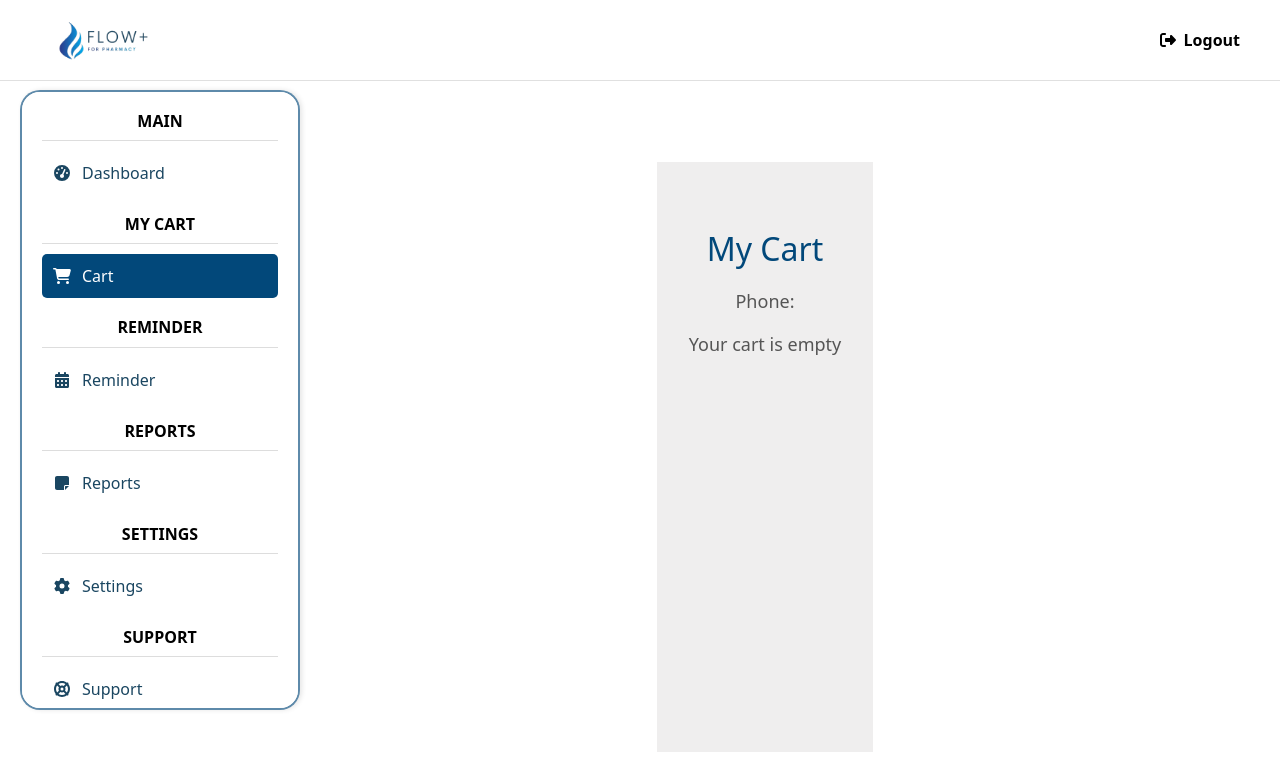
Repository: bindukabusara/Frontend
Page: /card
The author's editor kept a copy of each file at every save. The page is drawn from the files as they stood at one save, then again after the next save.
The browser window is 1280 px wide. The pictures show the whole page.
The page's requests for data from a server got no answer. The project was rebuilt for these pictures with package versions that can differ from the ones it lists, and the page was loaded fresh each time. No one was signed in, and anything a server would have sent is missing. Also part of the build but not shown: vite.config.js, src/components/Home.jsx, src/components/authentification/Signup.css, src/components/authentification/Signup.jsx, src/components/authentification/Login.jsx, src/components/Pharmacy/Sidebar/Sidebar.jsx, src/components/Pharmacy/Sidebar/Navbar.jsx, src/components/Content/Dashboard.jsx and 15 more.

Above is the page before, as saved 2025-03-31 18:20:17.

### index.html
<!doctype html>
<html lang="en">

<head>
  <meta charset="UTF-8" />
  <link rel="icon" type="image/png" href="/Logo.png" />
  <meta name="viewport" content="width=device-width, initial-scale=1.0" />
  <title> FLOW +</title>

</head>

<body>
  <div id="root"></div>
  <script type="module" src="/src/main.jsx"></script>
</body>

</html>

### src/App.css
#root {
  max-width: 1280px;
  margin: 0 auto;
  padding: 2rem;
  text-align: center;
}

.logo {
  height: 6em;
  padding: 1.5em;
  will-change: filter;
  transition: filter 300ms;
}
.logo:hover {
  filter: drop-shadow(0 0 2em #646cffaa);
}
.logo.react:hover {
  filter: drop-shadow(0 0 2em #61dafbaa);
}

@keyframes logo-spin {
  from {
    transform: rotate(0deg);
  }
  to {
    transform: rotate(360deg);
  }
}

@media (prefers-reduced-motion: no-preference) {
  a:nth-of-type(2) .logo {
    animation: logo-spin infinite 20s linear;
  }
}

.card {
  padding: 2em;
}

.read-the-docs {
  color: #ffffff;
}

### src/components/Pharmacy/Sidebar/Navbar.css
/* Navbar Styles */
.navbar {
  background-color: #fff; /* Updated navbar color */
  color: #fff; /* White text */
  padding: 5px 10px;
  box-shadow: 0 2px 5px rgba(255, 255, 255, 0.1);
  position: fixed;
  top: 0;
  left: 0;
  width: 100%;
  z-index: 100;
  display: flex;
  align-items: center;
}

.navbar-content {
  display: flex;
  align-items: center;
  width: 100%;
  max-width: 1200px;
  margin: 0 auto;
}



.navbar-logo img {
  height: 70px; /* Adjust logo size */
}

/* Logout option styling */
.navbar-actions {
  margin-left: auto; /* Push logout to the extreme right */
  display: flex;
  align-items: center;
}

.navbar-actions .logout-option {
  color: #000000;
  cursor: pointer;
  font-size: 16px;
  display: flex;
  align-items: center;
  gap: 8px; /* Space between icon and text */
  transition: opacity 0.3s ease;
}

.navbar-actions .logout-option:hover {
  opacity: 0.8; /* Slight fade on hover */
}

/* Logout icon styling */
.navbar-actions .logout-option svg {
  width: 16px;
  height: 16px;
}

/* Logout Popup Overlay */
.logout-popup-overlay {
  position: fixed;
  top: 0;
  left: 0;
  width: 100%;
  height: 100%;
  background-color: rgba(0, 0, 0, 0.5); /* Semi-transparent black overlay */
  display: flex;
  justify-content: center;
  align-items: center;
  z-index: 1001;
}

/* Logout Popup */
.logout-popup {
  background-color: #fff;
  padding: 20px;
  border-radius: 10px;
  box-shadow: 0 2px 10px rgba(0, 0, 0, 0.1);
  text-align: center;
  max-width: 300px;
  width: 100%;
}

.logout-popup h3 {
  margin-bottom: 20px;
  color: #333;
}

.popup-buttons {
  display: flex;
  justify-content: center;
  gap: 10px;
}

.popup-buttons button {
  padding: 8px 16px;
  border: none;
  border-radius: 5px;
  cursor: pointer;
  font-size: 14px;
  transition: background-color 0.3s ease;
}

.popup-buttons .confirm-button {
  background-color: #ff4d4d; /* Red button */
  color: #fff;
}

.popup-buttons .confirm-button:hover {
  background-color: #e60000; /* Darker red on hover */
}

.popup-buttons .cancel-button {
  background-color: #1D328D; /* Updated navbar color */
  color: #fff;
}

.popup-buttons .cancel-button:hover {
  background-color: #16236b; /* Darker blue on hover */
}

### src/components/Content/order.css
.all-carts-page-container {
    padding: 20px;
  }

  .main-content {
    margin-left: 250px; /* Adjust based on your sidebar width */
  }

  .medication-image {
    width: 50px;
    height: 50px;
    object-fit: cover;
    margin-right: 10px;
  }

  .table td {
    vertical-align: middle; /* Align content vertically in the middle */
  }

  .modal-body {
    padding: 20px;
  }

  .modal-footer {
    justify-content: space-between;
  }

  /* Style the time input */
  input[type="time"] {
    padding: 8px;
    border: 1px solid #ccc;
    border-radius: 4px;
    width: 100%;
  }

  /* Style the "Add Another Time" button */
  .btn-secondary {
    margin-top: 10px;
  }

  .custom-table {
    width: 100%;
    border-collapse: collapse;
    margin-top: 20px;
    box-shadow: 0 4px 8px rgba(0, 0, 0, 0.1);
    background-color: #fff;
  }

  .custom-table th,
  .custom-table td {
    padding: 12px;
    text-align: left;
    border-bottom: 1px solid #ddd;
  }

  .custom-table th {
    background-color: #02487a;
    color: #fff;
    font-weight: bold;
    text-transform: uppercase;
    font-size: 12px;
  }

  .custom-table tbody tr:hover {
    background-color: #f1f1f1;
  }

  .custom-table tbody tr:nth-child(even) {
    background-color: #f9f9f9;
  }

  /* Medication Image Styling */
  .medication-image {
    width: 30px;
    height: 30px;
    border-radius: 5px;
    object-fit: cover;
  }

  /* Button Styling */
  .btn-primary {
    background-color:#02487a;
    border-color: #02487a;
    font-size: 14px;
    padding: 8px 16px;
  }

  .btn-primary:hover {
    background-color: #02487a;;
    border-color:#02487a;;
  }

### src/components/Content/Support.css
/* Support Page Styles */
.dashboard-container {
    display: flex;
    min-height: 100vh;
  }

  .main-content {
    flex: 1;
    padding: 20px;
    margin-left: 250px; /* Adjust based on your sidebar width */
  }

  .support-header {
    background-color: #E3FDFD;
    padding: 40px 0;
    text-align: center;
    margin-bottom: 30px;
    border-radius: 10px;
  }

  .support-header h1 {
    font-size: 2.2rem;
    font-weight: bold;
    color: #333;
  }

  .support-icon {
    color: #02487a;
    margin-right: 10px;
  }

  .section-title {
    font-size: 1.8rem;
    font-weight: bold;
    color: #333;
    margin-bottom: 25px;
    text-align: center;
  }

  .quick-links {
    padding: 30px 0;
  }

  .quick-link-card {
    height: 100%;
    transition: transform 0.3s ease;
    border: none;
    border-radius: 10px;
    box-shadow: 0 4px 8px rgba(0, 0, 0, 0.1);
    margin-bottom: 20px;
  }

  .quick-link-card:hover {
    transform: translateY(-5px);
  }

  .quick-link-icon {
    font-size: 2rem;
    color: #02487a;
    margin-bottom: 15px;
  }

  .help-resources, .video-tutorials {
    padding: 30px 0;
    background-color: #ffffff;
    border-radius: 10px;
    margin-bottom: 20px;
  }

  .video-tutorials {
    background-color: #f8f9fa;
  }

  .card {
    border: none;
    border-radius: 10px;
    box-shadow: 0 4px 8px rgba(0, 0, 0, 0.1);
    transition: transform 0.3s ease;
    margin-bottom: 20px;
  }

  .card:hover {
    transform: translateY(-5px);
  }

  .ListGroup-item {
    padding: 12px;
    border-left: none;
    border-right: none;
  }

  /* Responsive adjustments */
  @media (max-width: 992px) {
    .main-content {
      margin-left: 0;
      padding-top: 70px; /* Account for navbar height */
    }

    .support-header h1 {
      font-size: 1.8rem;
    }

    .section-title {
      font-size: 1.5rem;
    }

    .quick-link-icon {
      font-size: 1.5rem;
    }
  }

### src/componentp/bar/SidebarP.jsx
import { useState, useEffect } from 'react';
import '../bar/sidebar.css';
import { NavLink } from 'react-router-dom';
import { FontAwesomeIcon } from '@fortawesome/react-fontawesome';
import {
  faTachometerAlt,
  faCog,
  faLifeRing,
  faCalendarAlt,
  faCartShopping,
  faNoteSticky,
  faBars,
  faTimes
} from '@fortawesome/free-solid-svg-icons';

function Sidebar() {
  const [isSidebarVisible, setIsSidebarVisible] = useState(false);

  const toggleSidebar = () => {
    setIsSidebarVisible(!isSidebarVisible);
  };

  useEffect(() => {
    const handleClickOutside = (event) => {
      if (isSidebarVisible && !event.target.closest('.sidebar')) {
        setIsSidebarVisible(false);
      }
    };

    document.addEventListener('mousedown', handleClickOutside);
    return () => {
      document.removeEventListener('mousedown', handleClickOutside);
    };
  }, [isSidebarVisible]);

  return (
    <>
      <button className="sidebar-toggle" onClick={toggleSidebar}>
        <FontAwesomeIcon icon={isSidebarVisible ? faTimes : faBars} />
      </button>

      <div
        className={`sidebar-overlay ${isSidebarVisible ? 'visible' : ''}`}
        onClick={toggleSidebar}
      />

      <div className={`sidebar ${isSidebarVisible ? 'visible' : ''}`}>
        <h2>Main</h2>
        <ul>
          <li>
            <NavLink
              to="/dash"
              className={({ isActive }) => (isActive ? 'active' : '')}
              onClick={() => setIsSidebarVisible(false)}
            >
              <FontAwesomeIcon icon={faTachometerAlt} /> Dashboard
            </NavLink>
          </li>
        </ul>

        <h2>My Cart</h2>
        <ul>
          <li>
            <NavLink
              to="/card"
              className={({ isActive }) => (isActive ? 'active' : '')}
              onClick={() => setIsSidebarVisible(false)}
            >
              <FontAwesomeIcon icon={faCartShopping} /> Cart
            </NavLink>
          </li>
        </ul>

        <h2>Reminder</h2>
        <ul>
          <li>
            <NavLink
              to="/reminder"
              className={({ isActive }) => (isActive ? 'active' : '')}
              onClick={() => setIsSidebarVisible(false)}
            >
              <FontAwesomeIcon icon={faCalendarAlt} /> Reminder
            </NavLink>
          </li>
        </ul>

        <h2>Reports</h2>
        <ul>
          <li>
            <NavLink
              to="/"
              className={({ isActive }) => (isActive ? 'active' : '')}
              onClick={() => setIsSidebarVisible(false)}
            >
              <FontAwesomeIcon icon={faNoteSticky} /> Reports
            </NavLink>
          </li>
        </ul>

        <h2>Settings</h2>
        <ul>
          <li>
            <NavLink
              to="/"
              className={({ isActive }) => (isActive ? 'active' : '')}
              onClick={() => setIsSidebarVisible(false)}
            >
              <FontAwesomeIcon icon={faCog} /> Settings
            </NavLink>
          </li>
        </ul>

        <h2>Support</h2>
        <ul>
          <li>
            <NavLink
              to="/support"
              className={({ isActive }) => (isActive ? 'active' : '')}
              onClick={() => setIsSidebarVisible(false)}
            >
              <FontAwesomeIcon icon={faLifeRing} /> Support
            </NavLink>
          </li>
        </ul>
      </div>
    </>
  );
}

export default Sidebar;

### src/componentp/bar/NavbarP.jsx
import React, { useState } from 'react';
import { useNavigate } from 'react-router-dom'; // Use useNavigate for redirection
import { FontAwesomeIcon } from '@fortawesome/react-fontawesome';
import { faSignOutAlt } from '@fortawesome/free-solid-svg-icons'; // Logout icon
import './Navbar.css'; // Import the CSS file
import logo from './Logo.png'; // Import the logo image

function Navbar() {
  const [showLogoutPopup, setShowLogoutPopup] = useState(false);
  const navigate = useNavigate(); // Initialize useNavigate for redirection

  const handleLogoutClick = () => {
    setShowLogoutPopup(true);
  };

  const handleConfirmLogout = () => {
    // Perform logout logic here
    console.log('User logged out');

    // Clear user session or authentication state
    localStorage.removeItem('authToken'); // Example: Remove token from localStorage
    // You can also clear other user-related data if needed

    // Redirect to the login page or home page
    navigate('/login'); // Replace '/login' with the desired route

    // Close the popup
    setShowLogoutPopup(false);
  };

  const handleCancelLogout = () => {
    setShowLogoutPopup(false);
  };

  return (
    <>
      {/* Navbar */}
      <nav className="navbar">
        <div className="navbar-content">
          {/* Logo on the left */}
          <div className="navbar-logo">
            <img src={logo} alt="Logo" /> {/* Use the imported logo */}
          </div>

          {/* Logout option with icon and text */}
          <div className="navbar-actions">
            <div className="logout-option" onClick={handleLogoutClick}>
              <FontAwesomeIcon icon={faSignOutAlt} /> <strong>Logout</strong>
            </div>
          </div>
        </div>
      </nav>

      {/* Logout Confirmation Popup */}
      {showLogoutPopup && (
        <div className="logout-popup-overlay">
          <div className="logout-popup">
            <h3>Are you sure you want to log out?</h3>
            <div className="popup-buttons">
              <button className="confirm-button" onClick={handleConfirmLogout}>
                Yes, Logout
              </button>
              <button className="cancel-button" onClick={handleCancelLogout}>
                Cancel
              </button>
            </div>
          </div>
        </div>
      )}
    </>
  );
}

export default Navbar;

### src/componentp/contents/Reminder.css
.reminder-page-container {
  display: flex;
  min-height: 100vh;
}

.main-content {
  flex: 1;
  padding: 20px;
  margin-left: 250px; /* Adjust based on sidebar width */
}

.active-reminders-alert {
  position: fixed;
  top: 20px;
  right: 20px;
  width: 350px;
  z-index: 1000;
  animation: pulse 2s infinite;
}

@keyframes pulse {
  0% { box-shadow: 0 0 0 0 rgba(255, 193, 7, 0.7); }
  70% { box-shadow: 0 0 0 10px rgba(255, 193, 7, 0); }
  100% { box-shadow: 0 0 0 0 rgba(255, 193, 7, 0); }
}

.medication-thumbnail {
  width: 50px;
  height: 50px;
  object-fit: cover;
  border-radius: 4px;
  margin-right: 10px;
}

.reminders-grid {
  display: grid;
  grid-template-columns: repeat(auto-fill, minmax(300px, 1fr));
  gap: 20px;
}

.times-list {
  padding-left: 20px;
  margin-bottom: 0;
}

@media (max-width: 768px) {
  .main-content {
    margin-left: 0;
  }

  .reminders-grid {
    grid-template-columns: 1fr;
  }

  .active-reminders-alert {
    width: calc(100% - 40px);
    left: 20px;
    right: auto;
  }
}

.reminder-page-container {
  display: flex;
  min-height: 100vh;
  background-color: #f8f9fa;
}

.main-content {
  flex: 1;
  padding: 20px;
  margin-left: 250px;
  margin-top: 60px;
}

.medication-thumbnail {
  width: 50px;
  height: 50px;
  object-fit: cover;
  border-radius: 4px;
}

.medication-image-large {
  width: 200px;
  height: 200px;
  object-fit: cover;
  border-radius: 8px;
}

.alerts-section {
  background-color: #fff8f8;
  padding: 15px;
  border-radius: 8px;
  border-left: 4px solid #dc3545;
  margin-bottom: 20px;
}

/* Add any additional styles you need */

.reminder-page-container {
  padding: 20px;
}

.main-content {
  margin-left: 250px;
  padding: 20px;
}

.alerts-section {
  background-color: #fff8f8;
  padding: 15px;
  border-radius: 8px;
  border-left: 4px solid #dc3545;
}

.medication-thumbnail {
  width: 50px;
  height: 50px;
  object-fit: cover;
  border-radius: 4px;
}

.medication-image-large {
  width: 150px;
  height: 150px;
  object-fit: contain;
  border-radius: 8px;
  border: 1px solid #dee2e6;
}

.reminder-details .ps-4 {
  padding-left: 1.5rem;
}

/* Responsive adjustments */
@media (max-width: 768px) {
  .main-content {
    margin-left: 0;
  }

  .medication-image-large {
    width: 100px;
    height: 100px;
  }

  .reminder-details {
    flex-direction: column;
  }
}

### src/components/saler/Content/Support.css
/* Support Page Styles */
.dashboard-container {
    display: flex;
    min-height: 100vh;
  }

  .main-content {
    flex: 1;
    padding: 20px;
    margin-left: 250px; /* Adjust based on your sidebar width */
  }

  .support-header {
    background-color: #E3FDFD;
    padding: 40px 0;
    text-align: center;
    margin-bottom: 30px;
    border-radius: 10px;
  }

  .support-header h1 {
    font-size: 2.2rem;
    font-weight: bold;
    color: #333;
  }

  .support-icon {
    color: #02487a;
    margin-right: 10px;
  }

  .section-title {
    font-size: 1.8rem;
    font-weight: bold;
    color: #333;
    margin-bottom: 25px;
    text-align: center;
  }

  .quick-links {
    padding: 30px 0;
  }

  .quick-link-card {
    height: 100%;
    transition: transform 0.3s ease;
    border: none;
    border-radius: 10px;
    box-shadow: 0 4px 8px rgba(0, 0, 0, 0.1);
    margin-bottom: 20px;
  }

  .quick-link-card:hover {
    transform: translateY(-5px);
  }

  .quick-link-icon {
    font-size: 2rem;
    color: #02487a;
    margin-bottom: 15px;
  }

  .help-resources, .video-tutorials {
    padding: 30px 0;
    background-color: #ffffff;
    border-radius: 10px;
    margin-bottom: 20px;
  }

  .video-tutorials {
    background-color: #f8f9fa;
  }

  .card {
    border: none;
    border-radius: 10px;
    box-shadow: 0 4px 8px rgba(0, 0, 0, 0.1);
    transition: transform 0.3s ease;
    margin-bottom: 20px;
  }

  .card:hover {
    transform: translateY(-5px);
  }

  .ListGroup-item {
    padding: 12px;
    border-left: none;
    border-right: none;
  }

  /* Responsive adjustments */
  @media (max-width: 992px) {
    .main-content {
      margin-left: 0;
      padding-top: 70px; /* Account for navbar height */
    }

    .support-header h1 {
      font-size: 1.8rem;
    }

    .section-title {
      font-size: 1.5rem;
    }

    .quick-link-icon {
      font-size: 1.5rem;
    }
  }

### src/componentp/bar/Navbar.css
/* Navbar Styles */
.navbar {
  background-color: #fff; /* Updated navbar color */
  color: #fff; /* White text */
  padding: 5px 10px;
  box-shadow: 0 2px 5px rgba(255, 255, 255, 0.1);
  position: fixed;
  top: 0;
  left: 0;
  width: 100%;
  z-index: 100;
  display: flex;
  align-items: center;
}

.navbar-content {
  display: flex;
  align-items: center;
  width: 100%;
  max-width: 1200px;
  margin: 0 auto;
}



.navbar-logo img {
  height: 70px; /* Adjust logo size */
}

/* Logout option styling */
.navbar-actions {
  margin-left: auto; /* Push logout to the extreme right */
  display: flex;
  align-items: center;
}

.navbar-actions .logout-option {
  color: #000000;
  cursor: pointer;
  font-size: 16px;
  display: flex;
  align-items: center;
  gap: 8px; /* Space between icon and text */
  transition: opacity 0.3s ease;
}

.navbar-actions .logout-option:hover {
  opacity: 0.8; /* Slight fade on hover */
}

/* Logout icon styling */
.navbar-actions .logout-option svg {
  width: 16px;
  height: 16px;
}

/* Logout Popup Overlay */
.logout-popup-overlay {
  position: fixed;
  top: 0;
  left: 0;
  width: 100%;
  height: 100%;
  background-color: rgba(0, 0, 0, 0.5); /* Semi-transparent black overlay */
  display: flex;
  justify-content: center;
  align-items: center;
  z-index: 1001;
}

/* Logout Popup */
.logout-popup {
  background-color: #fff;
  padding: 20px;
  border-radius: 10px;
  box-shadow: 0 2px 10px rgba(0, 0, 0, 0.1);
  text-align: center;
  max-width: 300px;
  width: 100%;
}

.logout-popup h3 {
  margin-bottom: 20px;
  color: #333;
}

.popup-buttons {
  display: flex;
  justify-content: center;
  gap: 10px;
}

.popup-buttons button {
  padding: 8px 16px;
  border: none;
  border-radius: 5px;
  cursor: pointer;
  font-size: 14px;
  transition: background-color 0.3s ease;
}

.popup-buttons .confirm-button {
  background-color: #ff4d4d; /* Red button */
  color: #fff;
}

.popup-buttons .confirm-button:hover {
  background-color: #e60000; /* Darker red on hover */
}

.popup-buttons .cancel-button {
  background-color: #1D328D; /* Updated navbar color */
  color: #fff;
}

.popup-buttons .cancel-button:hover {
  background-color: #16236b; /* Darker blue on hover */
}

### src/components/saler/Bar/Navbar.css
/* Navbar Styles */
.navbar {
  background-color: #fff; /* Updated navbar color */
  color: #fff; /* White text */
  padding: 5px 10px;
  box-shadow: 0 2px 5px rgba(255, 255, 255, 0.1);
  position: fixed;
  top: 0;
  left: 0;
  width: 100%;
  z-index: 100;
  display: flex;
  align-items: center;
}

.navbar-content {
  display: flex;
  align-items: center;
  width: 100%;
  max-width: 1200px;
  margin: 0 auto;
}



.navbar-logo img {
  height: 70px; /* Adjust logo size */
}

/* Logout option styling */
.navbar-actions {
  margin-left: auto; /* Push logout to the extreme right */
  display: flex;
  align-items: center;
}

.navbar-actions .logout-option {
  color: #000000;
  cursor: pointer;
  font-size: 16px;
  display: flex;
  align-items: center;
  gap: 8px; /* Space between icon and text */
  transition: opacity 0.3s ease;
}

.navbar-actions .logout-option:hover {
  opacity: 0.8; /* Slight fade on hover */
}

/* Logout icon styling */
.navbar-actions .logout-option svg {
  width: 16px;
  height: 16px;
}

/* Logout Popup Overlay */
.logout-popup-overlay {
  position: fixed;
  top: 0;
  left: 0;
  width: 100%;
  height: 100%;
  background-color: rgba(0, 0, 0, 0.5); /* Semi-transparent black overlay */
  display: flex;
  justify-content: center;
  align-items: center;
  z-index: 1001;
}

/* Logout Popup */
.logout-popup {
  background-color: #fff;
  padding: 20px;
  border-radius: 10px;
  box-shadow: 0 2px 10px rgba(0, 0, 0, 0.1);
  text-align: center;
  max-width: 300px;
  width: 100%;
}

.logout-popup h3 {
  margin-bottom: 20px;
  color: #333;
}

.popup-buttons {
  display: flex;
  justify-content: center;
  gap: 10px;
}

.popup-buttons button {
  padding: 8px 16px;
  border: none;
  border-radius: 5px;
  cursor: pointer;
  font-size: 14px;
  transition: background-color 0.3s ease;
}

.popup-buttons .confirm-button {
  background-color: #ff4d4d; /* Red button */
  color: #fff;
}

.popup-buttons .confirm-button:hover {
  background-color: #e60000; /* Darker red on hover */
}

.popup-buttons .cancel-button {
  background-color: #1D328D; /* Updated navbar color */
  color: #fff;
}

.popup-buttons .cancel-button:hover {
  background-color: #16236b; /* Darker blue on hover */
}

Loaded but not shown: src/main.jsx (common file); src/index.css (common file); src/componentp/contents/Card.jsx (167 lines, source omitted); src/components/Content/MedicationStore.css (337 lines, source omitted); src/components/Home.css (293 lines, source omitted); src/components/Content/Dashboard.css (222 lines, source omitted); src/components/saler/Content/Dashboard.css (222 lines, source omitted); src/componentp/contents/Orders.css (254 lines, source omitted); src/componentp/contents/Card.css (218 lines, source omitted); src/components/saler/Bar/sidebar.css (134 lines, source omitted); src/components/saler/Content/Report.css (163 lines, source omitted); src/components/Content/Report.css (163 lines, source omitted); src/components/Pharmacy/Sidebar/sidebar.css (153 lines, source omitted); src/componentp/bar/sidebar.css (170 lines, source omitted); src/App.jsx (64 lines, source omitted); src/components/Content/ExpiringMedications.css (128 lines, source omitted); src/components/saler/Content/ExpiringMedications.css (128 lines, source omitted); src/components/saler/Content/OrdersS.css (no stored copy; drawn as an empty file); src/components/saler/Content/store.css (no stored copy; drawn as an empty file)

After the next save:
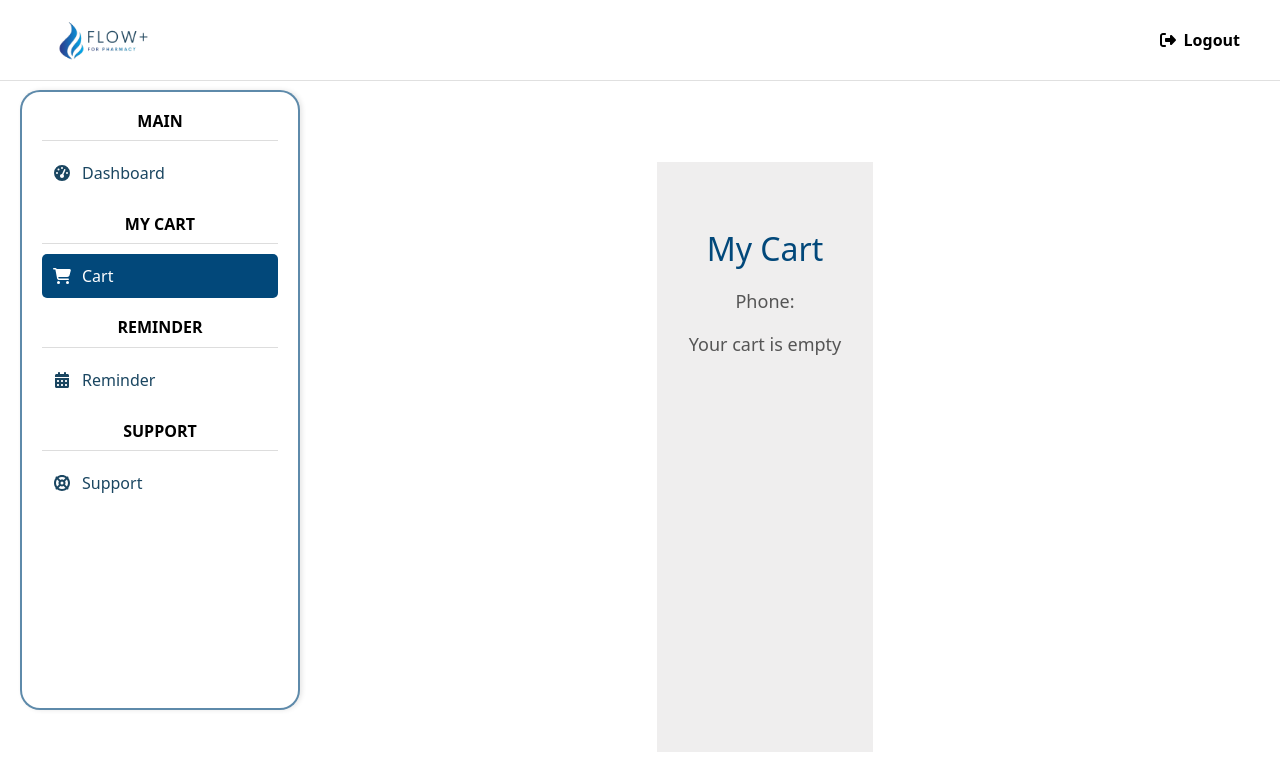
Saved 2 min 50 s later.
--- a/src/componentp/bar/SidebarP.jsx
+++ b/src/componentp/bar/SidebarP.jsx
@@ -4,11 +4,9 @@ import { NavLink } from 'react-router-dom';
 import { FontAwesomeIcon } from '@fortawesome/react-fontawesome';
 import {
   faTachometerAlt,
-  faCog,
   faLifeRing,
   faCalendarAlt,
   faCartShopping,
-  faNoteSticky,
   faBars,
   faTimes
 } from '@fortawesome/free-solid-svg-icons';
@@ -84,31 +82,6 @@ function Sidebar() {
           </li>
         </ul>
 
-        <h2>Reports</h2>
-        <ul>
-          <li>
-            <NavLink
-              to="/"
-              className={({ isActive }) => (isActive ? 'active' : '')}
-              onClick={() => setIsSidebarVisible(false)}
-            >
-              <FontAwesomeIcon icon={faNoteSticky} /> Reports
-            </NavLink>
-          </li>
-        </ul>
-
-        <h2>Settings</h2>
-        <ul>
-          <li>
-            <NavLink
-              to="/"
-              className={({ isActive }) => (isActive ? 'active' : '')}
-              onClick={() => setIsSidebarVisible(false)}
-            >
-              <FontAwesomeIcon icon={faCog} /> Settings
-            </NavLink>
-          </li>
-        </ul>
 
         <h2>Support</h2>
         <ul>
